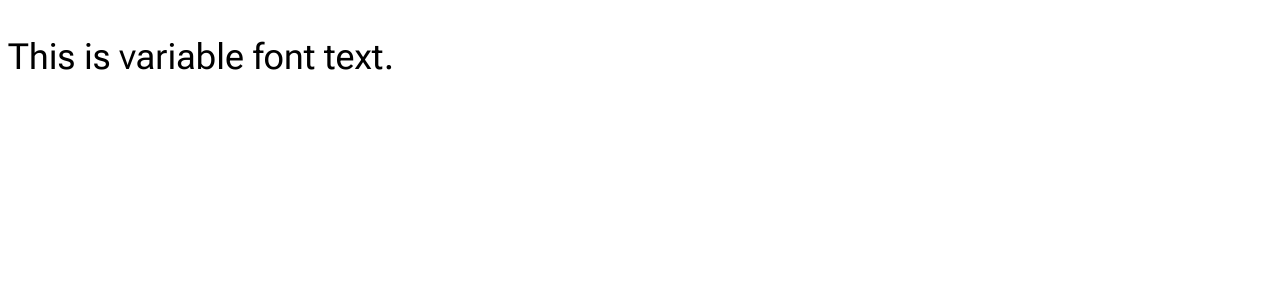
Repository: angelica-hom/msdv-thesis
Page: index.html
The author's editor kept a record of every edit. The page is drawn from the files as they stood at one moment, then again after the next edit.
The browser window is 1280 px wide. The pictures show the whole page.

Above is the page before.

After the next edit:
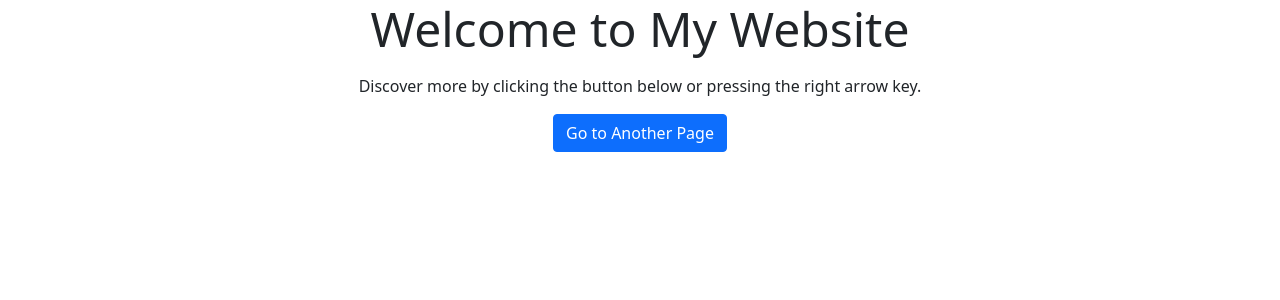
The edit:
--- a/index.html
+++ b/index.html
@@ -1,43 +1,30 @@
-<!DOCTYPE html>
+<!doctype html>
 <html lang="en">
 <head>
-  <meta charset="UTF-8">
-  <meta name="viewport" content="width=device-width, initial-scale=1.0">
-  <title>Variable Font Example</title>
-  <style>
-    @import url('https://fonts.googleapis.com/css2?family=Roboto+Flex:wght@100;200;300;400;500;600;700;800;900;1000&display=swap');
-    @font-face {
-      font-family: 'Roboto Flex', sans-serif;
-      font-weight: 200 900;
-      font-stretch: 50% 200%;
-    }
-
-    body {
-      font-family: 'Roboto Flex', sans-serif;
-      font-weight: 200 900;
-      font-stretch: 50% 200%;
-    }
-
-    #myText {
-      font-size: 36px;
-    }
-  </style>
+    <meta charset="utf-8">
+    <meta name="viewport" content="width=device-width, initial-scale=1">
+    <link href="https://cdn.jsdelivr.net/npm/bootstrap@5.1.3/dist/css/bootstrap.min.css" rel="stylesheet">
+    <link href="style.css" rel="stylesheet">
+    <title>Responsive Homepage with Hero Text</title>
 </head>
 <body>
-  <p id="myText">This is variable font text.</p>
-  <script>
-    const myText = document.getElementById("myText");
-    let multiplierWidth, multiplierHeight, randomWeight, randomWidth;
+    <div class="container-fluid hero-container d-flex justify-content-center align-items-center text-center">
+        <div>
+            <h1 class="hero-text">Welcome to My Website</h1>
+            <p>Discover more by clicking the button below or pressing the right arrow key.</p>
+            <a href="another-page.html" class="btn btn-primary navigate-btn">Go to Another Page</a>
+        </div>
+    </div>
 
-    function updateText(e) {
-      multiplierWidth = e.offsetX / window.innerWidth;
-      multiplierHeight = e.offsetY / window.innerHeight;
-      randomWeight = multiplierWidth * (900 - 200) + 200;
-      randomWidth = multiplierHeight * (200 - 100) + 100;
-      myText.style.fontVariationSettings = "\"wght\" " + randomWeight + ", \"wdth\" " + randomWidth;
-    }
+    <script>
+        document.addEventListener('keydown', function(event) {
+            if (event.key === 'ArrowRight') {
+                window.location.href = 'another-page.html';
+            }
+        });
+    </script>
 
-    window.addEventListener("mousemove", updateText);
-  </script>
+    <script src="https://cdn.jsdelivr.net/npm/@popperjs/core@2.11.6/dist/umd/popper.min.js"></script>
+    <script src="https://cdn.jsdelivr.net/npm/bootstrap@5.1.3/dist/js/bootstrap.min.js"></script>
 </body>
 </html>
